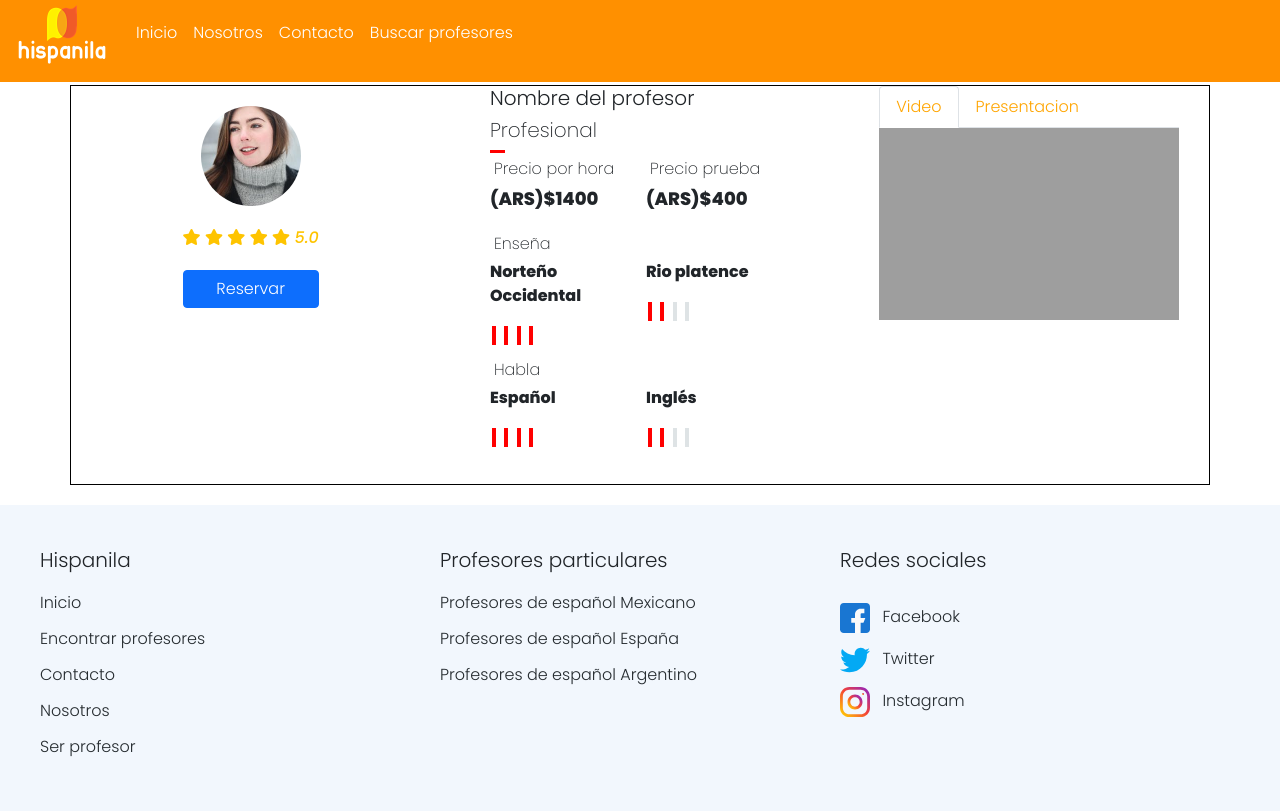
Repository: AgustinGarciaDev/Hispanila
Page: prueba.html
The author's editor kept a copy of each file at every save. The page is drawn from the files as they stood at one save, then again after the next save.
The browser window is 1280 px wide. The pictures show the whole page.
Pictures or frames that could not be fetched are drawn as grey boxes. Some web libraries are served in a nearby version. The style sheet was rebuilt from its Sass, Less or Tailwind sources for each picture, by a compiler version that may differ from the author's.

Above is the page before, as saved 2021-01-29 01:07:28.

### prueba.html
<!DOCTYPE html>
<html lang="en">

<head>

    <head>
        <meta charset="UTF-8">
        <title>Buscar profesor</title>
        <meta name="viewport" content="width=device-width, user-scalable=no">
        <meta name="description" content="Busca el profesor de español que más se adecue a lo que quieres aprender. Busca por precio,variante del español y mucho más">
        <meta name="keywords" content="profesor español, buscar profesor, español , aprender con profesionales">

        <link rel="stylesheet" href="https://cdnjs.cloudflare.com/ajax/libs/animate.css/4.1.1/animate.min.css" />
        <link rel="stylesheet" href="https://use.fontawesome.com/releases/v5.8.1/css/all.css" integrity="sha384-50oBUHEmvpQ+1lW4y57PTFmhCaXp0ML5d60M1M7uH2+nqUivzIebhndOJK28anvf" crossorigin="anonymous">
        <link rel="preconnect" href="https://fonts.gstatic.com">
        <link rel="preconnect" href="https://fonts.gstatic.com">
        <link href="https://fonts.googleapis.com/css2?family=Poppins:ital,wght@0,200;0,300;0,800;0,900;1,200;1,500&display=swap" rel="stylesheet">
        <link href="https://cdn.jsdelivr.net/npm/bootstrap@5.0.0-beta1/dist/css/bootstrap.min.css" rel="stylesheet" integrity="sha384-giJF6kkoqNQ00vy+HMDP7azOuL0xtbfIcaT9wjKHr8RbDVddVHyTfAAsrekwKmP1" crossorigin="anonymous">
        <link rel="stylesheet" href="./css/style.css">
        <link rel="stylesheet" href="stylemod.css">
    </head>
</head>

<body class="search-teacher">
    <header>
        <nav class="navbar navbar-expand-lg navbar-light bg-light nav-color">
            <div class="container-fluid">
                <a class="navbar-brand" href="./index.html"><img class="logo" src="./img/Hispanila_opt.png" alt=""></a>
                <button class="navbar-toggler" type="button" data-bs-toggle="collapse" data-bs-target="#navbarSupportedContent" aria-controls="navbarSupportedContent" aria-expanded="false" aria-label="Toggle navigation">
            <span class="navbar-toggler-icon"></span>
          </button>
                <div class="collapse navbar-collapse" id="navbarSupportedContent">
                    <ul class="navbar-nav me-auto mb-2 mb-lg-0">
                        <li class="nav-item">
                            <a class="nav-link active" aria-current="page" href="./index.html">Inicio</a>
                        </li>
                        <li class="nav-item">
                            <a class="nav-link" href="./we.html">Nosotros</a>
                        </li>
                        <li class="nav-item">
                            <a class="nav-link" href="./contact.html">Contacto</a>
                        </li>
                        <li class="nav-item">
                            <a class="nav-link" href="./searchteacer.html">Buscar profesores</a>
                        </li>
                    </ul>
                </div>
            </div>
        </nav>
    </header>
    <section class="teacher__layout">
        <div class="teacher__card">
            <div class="teacher__card__content">
                <div class="teacher">
                    <div class="teacher-date">
                        <img src="./img/teacher/teacher-women.jpg" alt="">
                        <div class="score-teacher">
                            <i class="fas fa-star"></i>
                            <i class="fas fa-star"></i>
                            <i class="fas fa-star"></i>
                            <i class="fas fa-star"></i>
                            <i class="fas fa-star"></i>
                            <i>5.0</i>
                        </div>
                        <a class="btn btn-primary" href="./profile.html" role="button">Reservar</a>
                    </div>
                </div>
            </div>
            <div class="teacher__card__content">

                <div class="teacher-information">
                    <span class="teacher-date-personal">
                        <h1>Nombre del profesor</h1>

                  </span>
                    <span class="teacher-posicion">
                        <h4>Profesional</h4>
                        <div class="teacher-divider-card"></div>
                     </span>
                    <div class="">
                        <div class="row">
                            <div class="col-sm">
                                <span class="title-teacher"> <p>Precio por hora</p></span>
                                <p class="teacher-precie">(ARS)$1400</p>
                            </div>
                            <div class="col-sm">
                                <span class="title-teacher"><p>Precio prueba </p></span>
                                <p class="teacher-precie">(ARS)$400</p>
                            </div>
                        </div>
                    </div>
                    <div>
                        <span class="title-teacher"> <p>Enseña</p></span>
                        <div class="row">
                            <div class="col-sm">
                                <p class="teacher-learning">Norteño Occidental</p>
                                <div class="teacher-level">
                                    <span class="level level-one"></span>
                                    <span class="level level-two"></span>
                                    <span class=" level level-four"></span>
                                    <span class=" level level-five"></span>
                                </div>
                            </div>
                            <div class="col-sm">
                                <p class="teacher-learning">Rio platence</p>
                                <div class="teacher-level">
                                    <span class="level level-one"></span>
                                    <span class="level level-two"></span>
                                    <span class=" level level-four-lenguage"></span>
                                    <span class=" level level-five-leanguage"></span>
                                </div>
                            </div>
                        </div>
                    </div>
                    <div>
                        <span class="title-teacher"> <p>Habla</p></span>
                        <div class="row">
                            <div class="col-sm">
                                <p class="teacher-learning">Español</p>
                                <div class="teacher-level">
                                    <span class="level level-one"></span>
                                    <span class="level level-two"></span>
                                    <span class=" level level-four"></span>
                                    <span class=" level level-five"></span>
                                </div>
                            </div>
                            <div class="col-sm">
                                <p class="teacher-learning">Inglés</p>
                                <div class="teacher-level">
                                    <span class="level level-one"></span>
                                    <span class="level level-two"></span>
                                    <span class=" level level-four-lenguage"></span>
                                    <span class=" level level-five-leanguage"></span>
                                </div>
                            </div>
                        </div>
                    </div>
                </div>
            </div>
            <div class="teacher__card__content">
                <ul class="nav nav-tabs color__nav " id="myTab " role="tablist">
                    <li class="nav-item color__nav" role="presentation">
                        <a class="nav-link active color__nav" id="home-tab" data-bs-toggle="tab" href="#home1" role="tab" aria-controls="home" aria-selected="true">Video</a>
                    </li>
                    <li class="nav-item color__nav" role="presentation">
                        <a class="nav-link color__nav" id="profile-tab" data-bs-toggle="tab" href="#profile1" role="tab" aria-controls="profile" aria-selected="false">Presentacion</a>
                    </li>

                </ul>
                <div class="tab-content" id="myTabContent">
                    <div class="tab-pane fade show active" id="home1" role="tabpanel" aria-labelledby="home-tab"> <iframe width="100%" height="192" src="https://www.youtube.com/embed/-7dAqPXaI-E" frameborder="0" allow="accelerometer; autoplay; clipboard-write; encrypted-media; gyroscope; picture-in-picture" allowfullscreen></iframe></div>
                    <div class="tab-pane fade" id="profile1" role="tabpanel" aria-labelledby="profile-tab">Lorem Ipsum is simply dummy text of the printing and typesetting industry. Lorem Ipsum has been the industry's standard dummy text ever since the 1500s, when an unknown printer took a galley of type and scrambled it to make a type
                        specimen book.</div>
                </div>

            </div>

        </div>

        </div>
    </section>

    <footer class="footer">
        <div class="list__footer">
            <p class="list__footer__p-modifier">Hispanila</p>
            <li class="list__footer__li-modifier"> <a class="list__footer__a-modifier" href="/index.html">Inicio</a></li>
            <li class="list__footer__li-modifier"> <a class="list__footer__a-modifier" href="/searchteacer.html">Encontrar profesores</a></li>
            <li class="list__footer__li-modifier"><a class="list__footer__a-modifier" href="/contacte.html">Contacto</a></li>
            <li class="list__footer__li-modifier"><a class="list__footer__a-modifier" href="/we.html">Nosotros</a></li>
            <li class="list__footer__li-modifier"><a class="list__footer__a-modifier" href="/we.html">Ser profesor</a></li>
        </div>
        <div class="list__footer">
            <p class="list__footer__p-modifier">Profesores particulares</p>
            <li class="list__footer__li-modifier"> <a class="list__footer__a-modifier" href=" https://www.facebook.com/ "> Profesores de español Mexicano</a></li>
            <li class="list__footer__li-modifier"><a class="list__footer__a-modifier" href="https://twitter.com/home "> Profesores de español España</a></li>
            <li class="list__footer__li-modifier"><a class="list__footer__a-modifier" href="https://www.instagram.com/ "> Profesores de español Argentino</a></li>
        </div>
        <div class="list__footer ">
            <p class="list__footer__p-modifier"> Redes sociales</p>
            <li class="list__footer__li-modifier"></li><img class="list__footer__img-modifier" src="./img/facebook.svg " alt=" "> <a class="list__footer__a-modifier" href="https://www.facebook.com/ ">Facebook</a></li>
            <li class="list__footer__li-modifier"></li><img class="list__footer__img-modifier" src="./img/gorjeo.svg " alt=" "> <a class="list__footer__a-modifier" href="https://twitter.com/home ">Twitter</a></li>
            <li class="list__footer__li-modifier"></li><img class="list__footer__img-modifier" src="./img/instagram.svg " alt=" "> <a class="list__footer__a-modifier" href="https://www.instagram.com/ ">Instagram</a></li>
        </div>
    </footer>
    <script src="https://cdn.jsdelivr.net/npm/bootstrap@5.0.0-beta1/dist/js/bootstrap.bundle.min.js" integrity="sha384-ygbV9kiqUc6oa4msXn9868pTtWMgiQaeYH7/t7LECLbyPA2x65Kgf80OJFdroafW" crossorigin="anonymous"></script>
</body>

</html>

### stylemod.css
/* CARD  porque estudiar Hispanila*/

.container {
    height: 400px;
    width: 100%;
    background: white;
    margin-bottom: 20px;
    margin-top: 20px;
    box-shadow: 20px 20px 51px #c4cacf, -20px -20px 51px #ffffff;
    display: flex;
}

.teacher-block {
    padding: 10px;
}

.navbar>.container-fluid {
    background-color: #FF9000 !important;
}

@media (max-width: 890px) {
    .teacher-block
}

@media (max-width: 520px) {}

### scss/style.scss
@import"variables";
@import "header";
@import "footer";
@import "body";
@import "home";
@import "contac";
@import "profile";
@import "seendemail";
@import "aboutUs";
@import "search";

### scss/_variables.scss
/* TIPOGRAFIAS */

$font-body: 'Poppins',
sans-serif;

/* SIZE TIPOGRAFIAS */

$nameteacher: 16px;
$titulocontacto: 20px;

/* ICONOS COLOR */

$color-start-icon: #FEC400;
$color-social:gray;

/*Color background*/

$color-box: linear-gradient(145deg, #d8e8f2, #b6c3cb);

/*Padding*/

$padding-currilum: 40px;

### scss/_header.scss
header {
    position: sticky;
    top: 0;
    z-index: 5;
}

### scss/_footer.scss
.footer {
    background-color: #F2F7FD;
    display: grid;
    grid-template-columns: repeat(3, 1fr);
    padding: 40px;
}

.list__footer__p-modifier {
    font-size: 20px;
}

.list__footer__li-modifier {
    list-style: none;
    align-items: center;
    display: flex;
    margin-bottom: 12px;
}

.list__footer__a-modifier {
    text-decoration: none;
    color: #252b2f;
}

.list-footer a:hover {
    text-decoration: underline;
}

.list__footer__img-modifier {
    width: 30px;
    height: 30px;
    margin-right: 8px;
}

@media (max-width: 768px) {
    .footer {
        display: flex;
        flex-wrap: wrap;
    }
    .list__footer {
        padding-left: 10px;
        padding-right: 10px;
        justify-content: center;
    }
}

@media (max-width: 520px) {}

### scss/_body.scss
body {
    margin: 0;
    font-family: $font-body;
}

### scss/_home.scss
.nav-color {
    background-color: #ff9000 !important;
    height: 65px;
    box-shadow: 2px 2px 4px #d97a00, -5px -5px 4px #ffa600;
}

.nav-link {
    color: white !important;
}

.hero {
    display: grid;
    grid-template-columns: 2fr 2fr;
    height: 600px;
    background-image: url(http://baravdg.com/wp-content/uploads/2021/01/hero-background.png);
    background-position: center;
    background-repeat: no-repeat;
    background-size: cover;
}

.hero .box {
    display: flex;
    flex-direction: column;
    margin: auto;
    padding-left: 30px;
}

.hero__title_h1 {
    color: white;
    font-weight: 700;
    font-size: 50px;
}

.hero__title_p {
    color: white;
    font-size: 30px;
    font-size: 400;
}

.hero__bottom {
    width: 200px;
    color: white;
    padding: 10px;
    text-align: center;
    text-decoration: none;
    font-size: 'Poppins', sans-serif;
    font-weight: 800;
    border-radius: 8px;
    background: linear-gradient(145deg, #ffd529, #d8b322);
}


/* EMPIEZA LAS CARD DE LAS BANDERAS */

.Tittle_h2 {
    text-align: center;
    padding: 30px;
    font-size: 40px;
    font-weight: 800;
}

.block-band {
    display: grid;
    grid-template-columns: repeat(3, 1fr);
    grid-column-gap: 30px;
    grid-row-gap: 30px;
    justify-items: center;
}

.link {
    color: inherit;
    text-decoration: inherit;
}

.card-band {
    border-radius: 24px;
    border-radius: 24px;
    background: #ecf1f4;
    box-shadow: 22px 22px 18px #dee3e5, -22px -22px 18px #faffff;
    width: 400px;
    height: 372px;
}

.content-band {
    display: flex;
    padding-left: 40px;
    padding-bottom: 10px;
}

.info-card {
    padding-top: 9px;
    padding-left: 10px;
}

.info-card h4 {
    margin: 0;
}

.info-card p {
    margin: 0;
    margin-left: 6;
}

.card-band .teacher-photo {
    width: 400px;
    height: 300px;
}

.card-band .band {
    height: 50px;
    width: 50px;
}

.card-prof {
    margin: 40px;
    padding: 40px;
}

.table-proyect {
    padding: 40px;
}


/* Card study*/

.margin {
    margin: 20px;
}

.card__study__resson {
    width: 300px;
    height: 572px;
}

.card__study__img {
    height: 400px;
    width: 200px;
    display: flex;
    margin: auto;
}

.card__study_text {
    text-align: center;
}

.card__study__btn {
    width: 200px;
    color: white;
    padding: 10px;
    justify-content: center;
    text-decoration: none;
    font-size: 'Poppins', sans-serif;
    font-weight: 800;
    border-radius: 8px;
    background: linear-gradient(145deg, #ffd529, #d8b322);
    display: flex;
    margin: auto;
}

@media (max-width: 890px) {
    .block-band {
        grid-template-columns: repeat(2, 1fr);
    }
    .card-band .teacher-photo {
        width: 324px;
        height: 239px;
    }
    .card-band {
        width: 324px;
        height: 325px;
    }
    .logo {
        margin-top: -20px;
    }
}

@media (max-width: 520px) {
    .hero {
        height: 360px;
    }
    .block-band {
        grid-template-columns: none;
    }
    .card__study__resson {
        width: 300px;
        height: 572px;
    }
    .nav-color {
        height: 70px;
    }
    .logo {
        margin-top: -20px;
    }
    .hero__title_h1 {
        font-size: 31px;
    }
    .hero__title_p {
        font-size: 17px;
    }
    .Tittle_h2 {
        text-align: center;
        padding: 17px;
        font-size: 32px;
        font-weight: 800;
    }
}

### scss/_contac.scss
.contact__body {
    margin-top: 50px;
    margin-bottom: 50px;
}

.row {
    margin-right: 0;
}

.email_img {
    width: 100%;
}

.icons__list {
    display: flex;
    justify-content: center;
}

.icons__list_a {
    text-decoration: none;
    color: #ff9000;
    padding-bottom: 10px;
    padding-left: 5px;
    padding-right: 5px;
    font-size: 20px;
}

.icons__list__redsocial {
    display: flex;
    flex-direction: row;
    padding-top: 10px;
    justify-content: center;
}

.icons__list_logo_Redes {
    color: #ff9000;
    font-size: 35px;
    margin: 0 10px;
}

.text-contact__h2 {
    font-size: $titulocontacto;
}

.btn_send {
    width: 200px;
    color: white;
    padding: 10px;
    display: flex;
    justify-content: center;
    margin-top: 14px;
    text-decoration: none;
    font-size: 'Poppins', sans-serif;
    font-weight: 800;
    border-radius: 8px;
    background-color: orange;
}

@media (max-width: 520px) {
    .text-contact__h1 {
        text-align: center;
    }
    .text-contact__h2 {
        font-size: $titulocontacto -7;
        text-align: center;
    }
}

### scss/_seendemail.scss
.lottie {
    justify-content: center;
    display: flex;
}

### scss/_aboutUs.scss
    .About__tittle-h1 {
        text-align: center;
        padding: 20px 0;
        font-weight: 800;
    }

    .About__img {
        display: flex;
        justify-content: center;
        align-items: center;
    }

    .About__img--modifier {
        width: 900px;
        height: 600px;
    }

    .About__history {
        text-align: center;
        margin: 10px 500px;
    }

    .About_compromise_img {
        width: 400px;
        height: 300px;
    }

    .about__container {
        margin-top: 50px;
        margin-bottom: 50px;
    }

    .Value {
        margin-top: 40px;
    }

    @media (max-width: 890px) {
        .About__img--modifier {
            width: 100%;
            height: auto;
        }
        .About__history {
            margin: 10px 20px;
        }
    }

    @media (max-width: 570px) {
        .About_compromise_img {
            height: 300px;
        }
        .About_compromise__responsive {
            flex-direction: column-reverse;
            display: flex;
        }
        .Value {
            display: flex;
            align-items: center;
            justify-content: center;
        }
        .Value__box {
            display: flex;
            flex-direction: column;
            justify-content: center;
        }
    }

### scss/_search.scss
.teacher__layout {
    display: flex;
    justify-content: center;
    margin-left: 50px;
    margin-right: 50px;
}

.teacher__card {
    display: grid;
    grid-template-columns: repeat(3, 1fr);
    grid-column-gap: 30px;
    grid-row-gap: 30px;
    justify-items: center;
    border: 1px solid black;
    height: 400px;
    width: 100%;
    margin: 20px;
}

.teacher__card_content {
    width: 33%;
}

.color__nav {
    color: orange !important;
}

.teacher-date {
    display: flex;
    flex-direction: column;
    padding: 20px;
}

.teacher-date .teacher-score {
    flex-direction: row;
}

.teacher-date img {
    border-radius: 50%;
    height: 100px;
    width: 100px;
    margin: auto;
}

.teacher-date button {
    height: 30px;
    width: 120px;
    margin: auto;
}

.score-teacher {
    margin: auto;
    padding: 20px 0 20px 0;
    color: #FEC400;
}

.teacher-information {
    display: flex;
    flex-direction: column;
}

.teacher-information h1 {
    font-size: 20px;
}

.teacher-date-personal {
    display: flex;
    flex-direction: row;
    justify-content: space-between;
}

.teacher-posicion {
    display: inline;
}

.title-teacher p {
    font-size: 16px;
    font-weight: 200;
    margin: 4px;
}

.teacher-precie {
    font-size: 18px;
    font-weight: bold;
}

.teacher-posicion h4 {
    font-size: 20px;
    font-weight: 200;
}

.teacher-posicion .teacher-divider-card {
    border: solid 1px red;
    width: 15px;
    height: 3px;
    background: red;
}

.teacher-learning {
    font-weight: bold;
}

.level {
    display: inline-block;
    margin: 2px;
    height: 19px;
    width: 4px;
    background: red;
}

.level-four-lenguage {
    background: #dee3e5
}

.level-five-leanguage {
    background: #dee3e5
}

@media (max-width: 890px) {
    .teacher__layout {
        margin-left: 20px;
        margin-right: 20px;
    }
    .teacher__card {
        grid-template-columns: repeat(2, 1fr);
        margin: 0;
        margin-top: 20px;
        height: auto;
    }
}

@media (max-width: 520px) {
    .teacher__card {
        grid-template-columns: repeat(1, 1fr);
        margin: 0;
        margin-top: 20px;
        height: auto;
    }
}

Loaded but not shown: scss/_profile.scss (221 lines, source omitted)

After the next save:
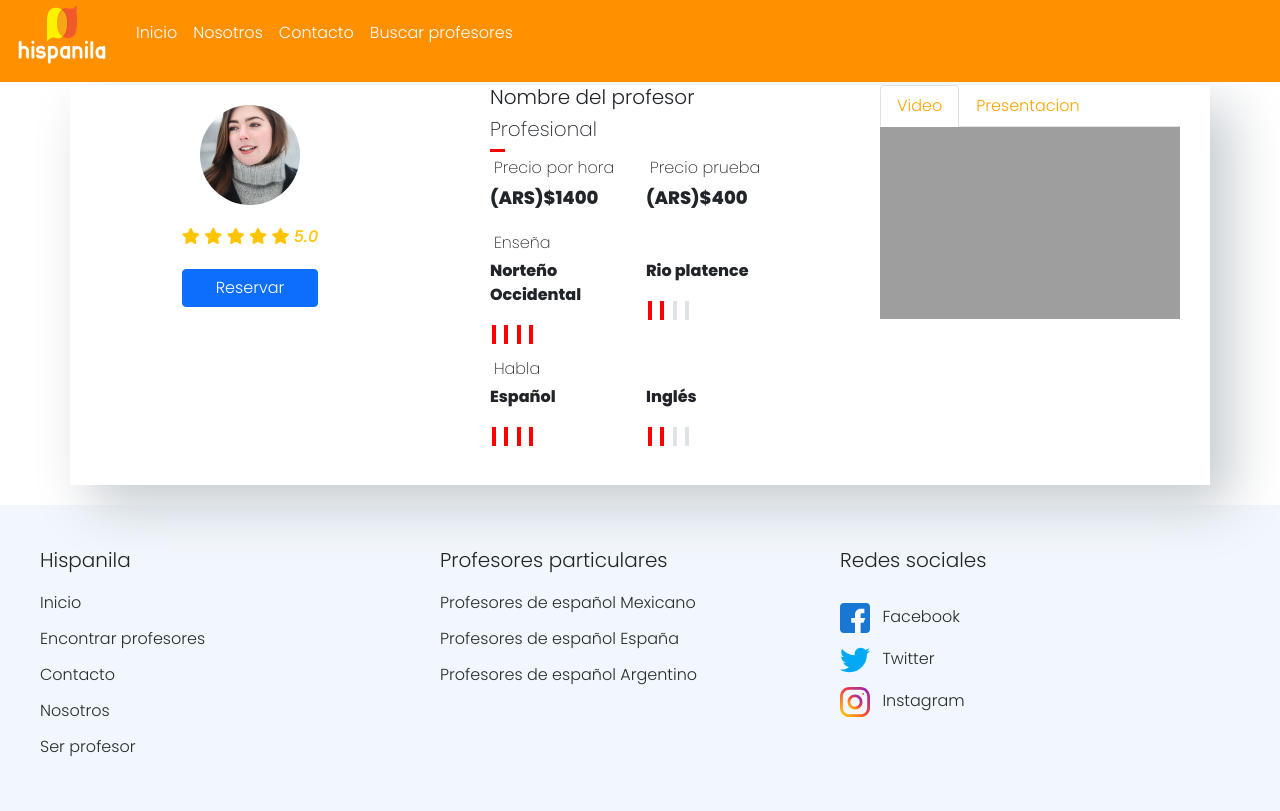
Saved 65 s later.
--- a/scss/_search.scss
+++ b/scss/_search.scss
@@ -11,7 +11,8 @@
     grid-column-gap: 30px;
     grid-row-gap: 30px;
     justify-items: center;
-    border: 1px solid black;
+    background: white;
+    box-shadow: 20px 20px 51px #c4cacf, -20px -20px 51px #ffffff;
     height: 400px;
     width: 100%;
     margin: 20px;
